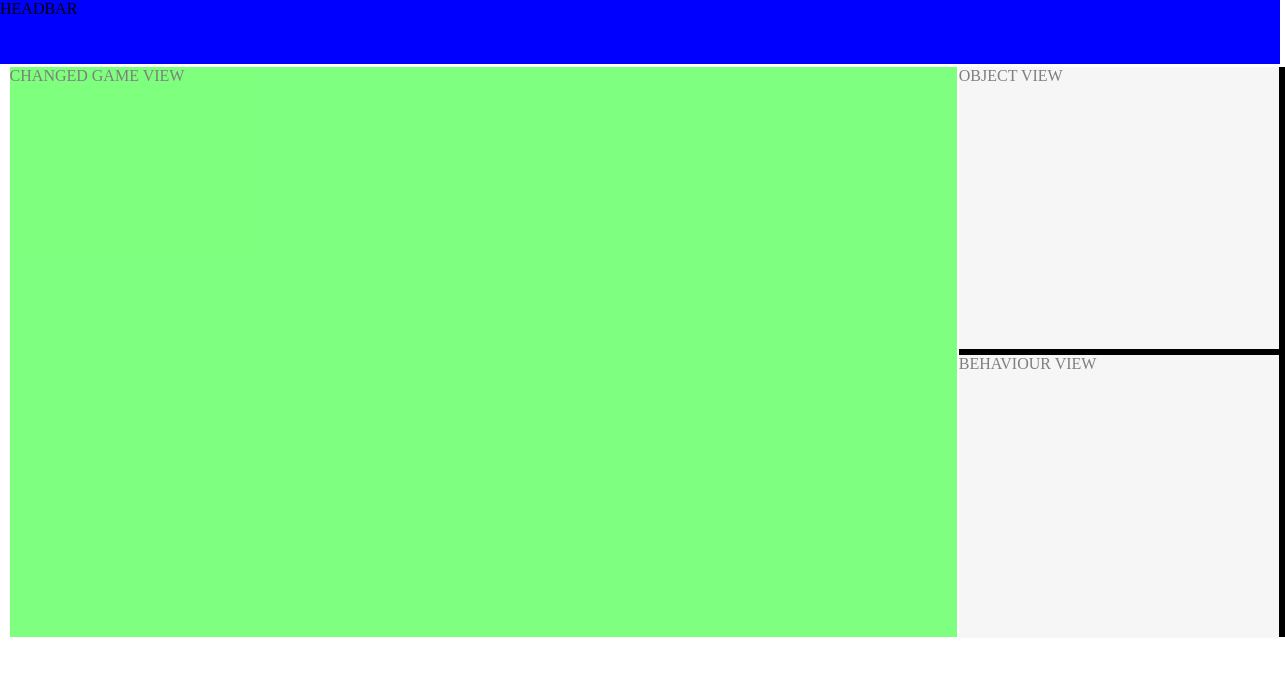
Repository: n-donnelly/onlinegameproto
Page: Content/main.html
The author's editor kept a record of every edit. The page is drawn from the files as they stood at one moment, then again after the next edit.
The browser window is 1280 px wide. The page is 1285 px wide, so the pictures cover 1285 px, including what lies to the right of the window. The pictures show the whole page.

Above is the page before.

After the next edit:
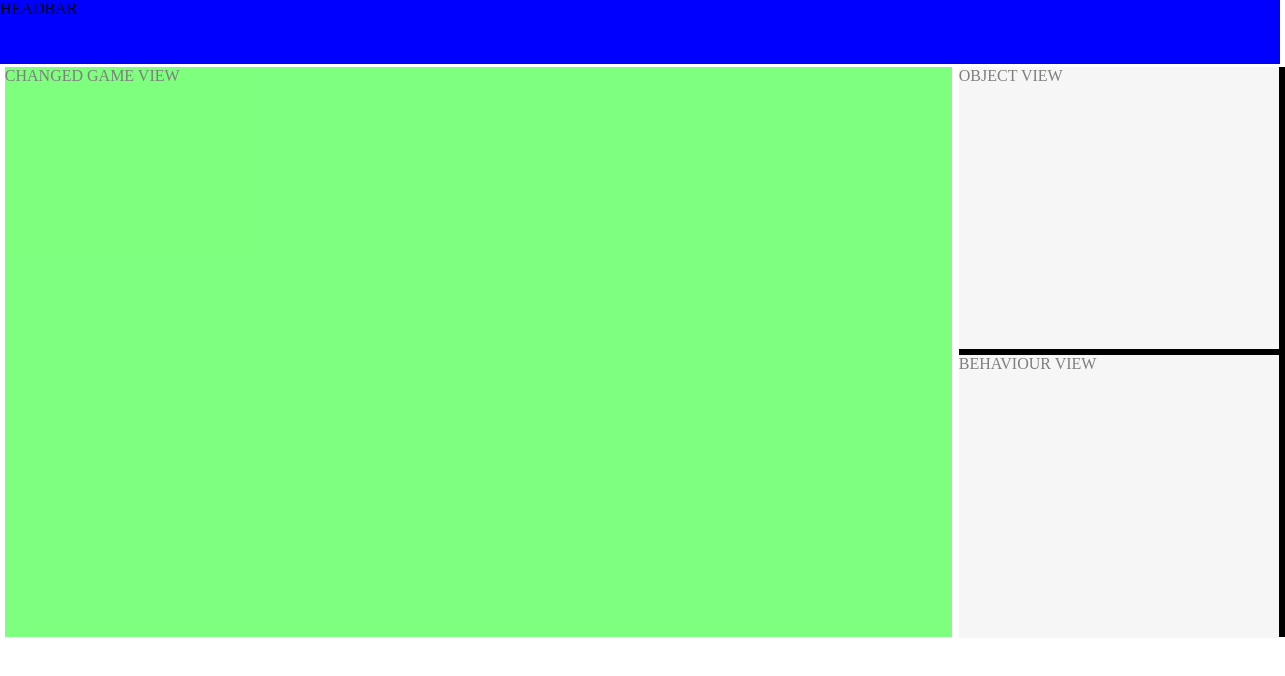
The edit:
--- a/CSS/main.css
+++ b/CSS/main.css
@@ -9,9 +9,6 @@
     background: #00ff00;
     width: 74%;
     height: 89%;
-    position: absolute;
-    margin-right: 0.4em;
-    left: 0.3em;
     opacity: 0.5;
 }
 
